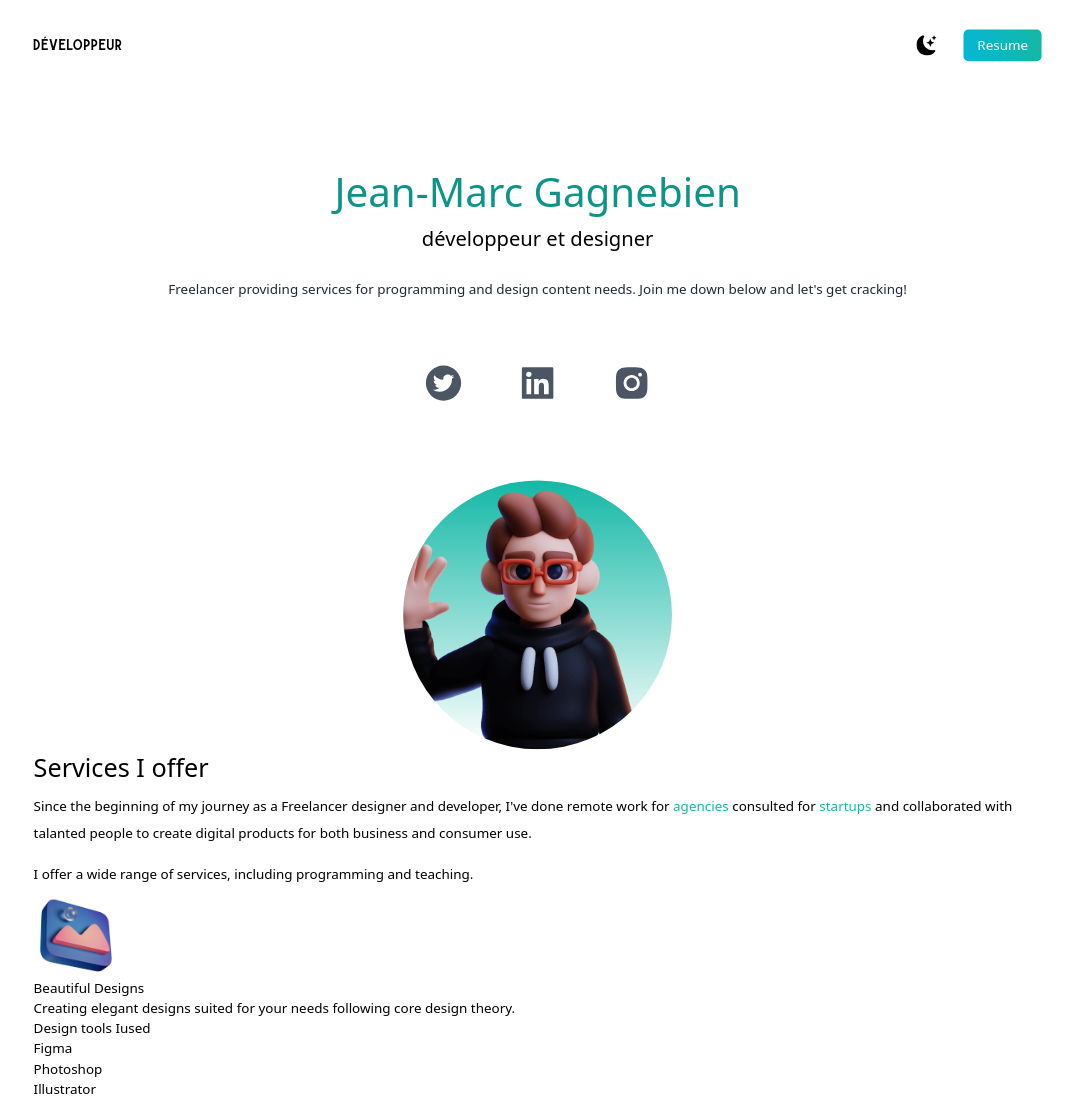
Repository: Jean-MarcG/portfoli_next
Page: /
An editor plug-in stored every save of this project. The page is shown before and after the next save, followed by the edit.
The browser window is 1280 px wide. The pictures show the whole page, at 84% of full size.
The project was rebuilt for these pictures with package versions that can differ from the ones it lists, and the page was loaded fresh each time. The framework's server and built-in components were replaced by stand-ins that run in the browser. Also part of the build but not shown: next.config.js.

Above is the page before, as saved 2023-04-03 11:03:44.

### pages/index.js
import Head from 'next/head';
import {BsFillMoonStarsFill} from 'react-icons/bs';
import {AiFillTwitterCircle, AiFillLinkedin, AiFillInstagram} from 'react-icons/ai'
import Image from 'next/image';
import deved from '../public/dev-ed-wave.png';
import design from '../public/design.png';
import code from '../public/code.png';
import consulting from '../public/consulting.png';

export default function Home() {
  return (
    <>
    <Head>
    <title>Jean-Marc Gagnebien Portfolio</title>
    <meta name="description" content="Generated by create next app" />
    <meta name="viewport" content="width=device-width, initial-scale=1" />
    <link rel="icon" href="/favicon.ico" />
    </Head>
      <main className='bg-white px-10 '>
        <section className='min-h-screen'>
          <nav className='py-10 mb-12 flex justify-between'>
            <h1 className='text-xl font-burtons'>développeur</h1>
              <ul className='flex items-center'>
                <li>
                  <BsFillMoonStarsFill className='cursor-pointer text-2xl'/>
                </li>
                <li>
                  <a className='bg-gradient-to-r from-cyan-500 to-teal-500 text-white px-4 py-2 rounded-md ml-8' href='#'>Resume</a>
                </li>
              </ul>
          </nav>
          <div className='text-center p-10'>
            <h2 className='text-5xl py-2 text-teal-600 font-medium'>Jean-Marc Gagnebien</h2>
            <h3 className='text-2xl py-2'>développeur et designer</h3>
            <p className='text-md py-5 leading-8 text-gray-800'>Freelancer providing services for programming and design content needs. Join me down below and let's get cracking!</p>
          </div>
          <div className='text-5xl flex justify-center gap-16 py-3 text-gray-600'>
            <AiFillTwitterCircle />
            <AiFillLinkedin />
            <AiFillInstagram />
          </div>
          <div>
            <div className='relative mx-auto bg-gradient-to-b from-teal-500 rounded-full w-80 h-80 mt-20 overflow-hidden'>
              <Image src={deved} alt='photo développeur' fill style={{objectFit:'cover'}}/>
            </div>
          </div>
        </section>

        <section>
          <div>
            <h3 className='text-3xl py-1'>Services I offer</h3>
            <p className='text-md py-2 leading-8 text-gray-80'>
              Since the beginning of my journey as a Freelancer designer and developer, I've done remote work for
              <span className='text-teal-500'> agencies </span>consulted for <span className='text-teal-500'> startups </span>and collaborated with talanted people to create digital products for both business and consumer use.
            </p>
            <p className='text-md py-2 leading-8 text-gray-80'>
              I offer a wide range of services, including programming and teaching.
            </p>
          </div>
          <div>
            <div>
              <Image src={design} alt='image design' width={100} height={100} />
              <h3>Beautiful Designs</h3>
              <p>
                Creating elegant designs suited for your needs following core design theory.
              </p>
              <h4>Design tools Iused</h4>
              <p>Figma</p>
              <p>Photoshop</p>
              <p>Illustrator</p>
            </div>
          </div>
        </section>

      </main>
    </>
    )
  }

### styles/globals.css
@tailwind base;
@tailwind components;
@tailwind utilities;

* {
  box-sizing: border-box;
  padding: 0;
  margin: 0;
}

html,
body {
  max-width: 100vw;
  overflow-x: hidden;
}

body {
  color: rgb(var(--foreground-rgb));
  background: linear-gradient(
      to bottom,
      transparent,
      rgb(var(--background-end-rgb))
    )
    rgb(var(--background-start-rgb));
}

a {
  color: inherit;
  text-decoration: none;
}

@font-face {
  font-family: "burtons";
  src: url(../public/Burtons.otf);
}

### tailwind.config.js
/** @type {import('tailwindcss').Config} */
module.exports = {
  content: [
    "./app/**/*.{js,ts,jsx,tsx}",
    "./pages/**/*.{js,ts,jsx,tsx}",
    "./components/**/*.{js,ts,jsx,tsx}",

    // Or if using `src` directory:
    "./src/**/*.{js,ts,jsx,tsx}",
  ],
  theme: {
    extend: {
      fontFamily: {
        burtons: 'burtons',
      }
    },
  },
  plugins: [],
}

Loaded but not shown: pages/_app.js (common file); pages/_document.js (common file)

After the next save:
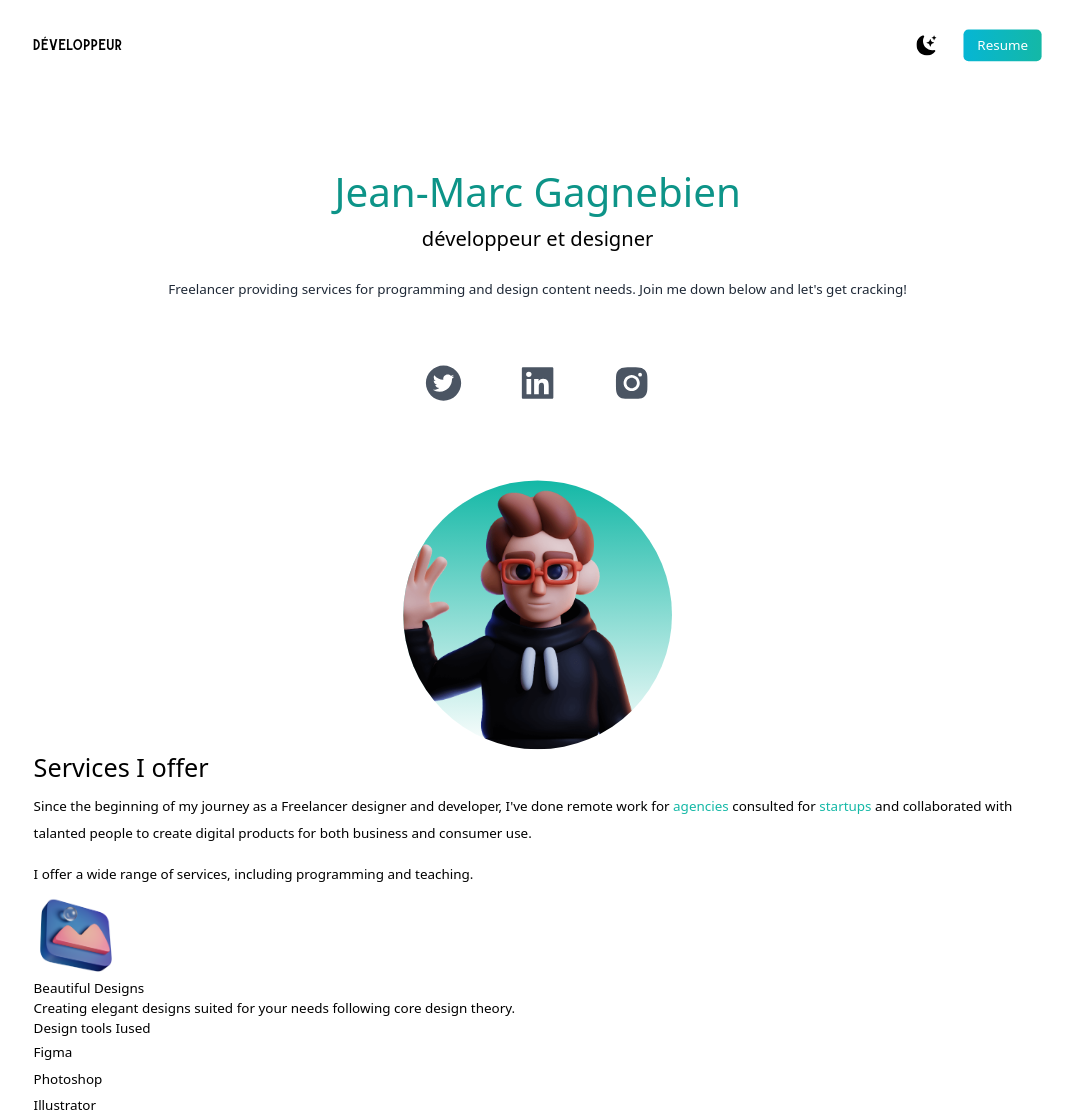
Saved 82 s later.
--- a/pages/index.js
+++ b/pages/index.js
@@ -60,14 +60,14 @@
           <div>
             <div>
               <Image src={design} alt='image design' width={100} height={100} />
-              <h3>Beautiful Designs</h3>
+              <h3 className=''>Beautiful Designs</h3>
               <p>
                 Creating elegant designs suited for your needs following core design theory.
               </p>
               <h4>Design tools Iused</h4>
-              <p>Figma</p>
-              <p>Photoshop</p>
-              <p>Illustrator</p>
+              <p className='text-grey-800 py-1'>Figma</p>
+              <p className='text-grey-800 py-1'>Photoshop</p>
+              <p className='text-grey-800 py-1'>Illustrator</p>
             </div>
           </div>
         </section>
